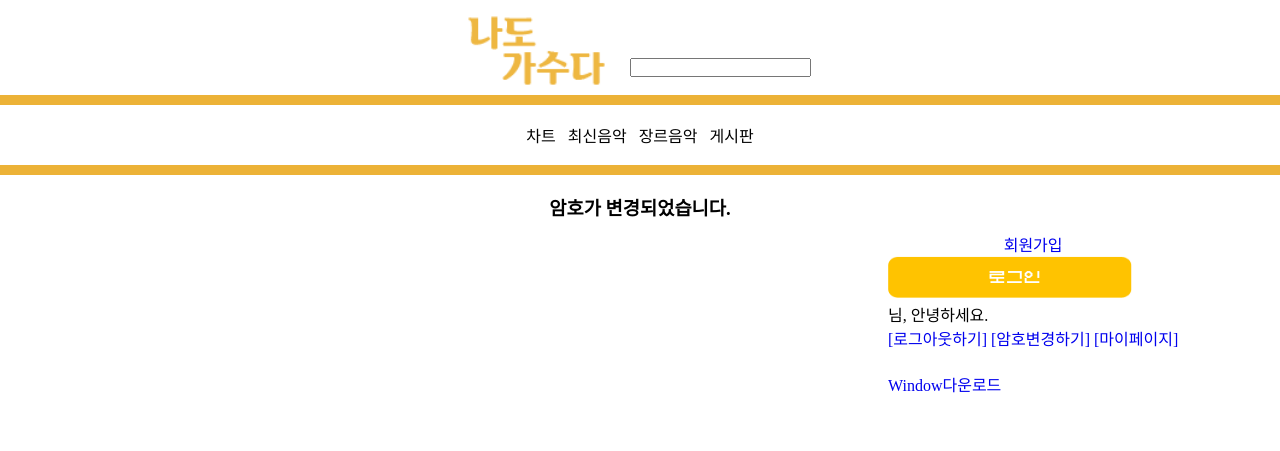
Repository: Ea-Bell/GraduationPortfolio
Page: http://localhost/WebTest/webTest/View/login/changePwdSuccess.jsp
An editor plug-in stored every save of this project. The page is shown before and after the next save, followed by the edit.
The browser window is 1280 px wide. The pictures show the whole page.
The page is served by Tomcat 9. Nobody is signed in. The application's start-up code is not run. Other server files are loaded and not shown.

Above is the page before, as saved 2020-09-16 10:10:03.

### WEB_Server/WebTest/WebContent/webTest/View/login/changePwdSuccess.jsp
<%@ page language="java" contentType="text/html; charset=UTF-8"
	pageEncoding="UTF-8"%>
<!DOCTYPE html>
<html>
<head>
<link rel="stylesheet" type="text/css"
	href="/webTest/Model/mainForm/mainForm.css" />
<script type="text/javascript" src="/webTest/Model/mainForm/mainForm.js"></script>

<meta charset="UTF-8">
<title>비밀번호 변경완료</title>
</head>
<body>

<header>
	<div align="center">

		<form action="mainForm.jsp" method="post">
			<!-- 헤더 -->

				<a href="/index" style="background: white;">
					 <img src="/webTest/img/logo.png"
					 style="position: relative; top: 15px; left: 0px; width: 140px; width:140px"></a>
					  <input type="text" onclick=""
					style="position: relative; left: 20px;">
				&nbsp;&nbsp;&nbsp;&nbsp;&nbsp; <br>
				<br>

				<hr id="head_line" size="10px" color="#ECB237">

				<br> <a href="" onmouseover="TextMover()"
					onmouseout="TextMount()" id="nav" style="color: black;">차트</a>
				&nbsp; <a href="/webTest/View/fileUpLoad/fileList.jsp" onmouseover="TextMover2()"
					onmouseout="TextMount2()" id="nav2" style="color: black;">최신음악</a>
				&nbsp; <a href="" onmouseover="TextMover3()"
					onmouseout="TextMount3()" id="nav3" style="color: black;">장르음악</a>
						&nbsp; <a href="/webTest/article/list.jsp"  id="nav3" style="color: black;">게시판</a>
				<br>
				<br>
		</form>



	</div>
</header>
		<hr id="head_line" size="10px" color="#ECB237">
		<br>
	<!-- 콘텐츠 -->
<div align="center">
<h3>암호가 변경되었습니다.</h3>
	</div>


	<div style="padding:10px; width: 30%; float: right;">
		<aside id="main_aside">

			<table border="0">
				<tr>
					<td><c:if test="${empty authUser }">
							<div align="center"><a href=""></a> <a href="/webTest/login/signUp.jsp">회원가입</a></div>
							<a href="/webTest/login/login.jsp" ><img alt="" src="/webTest/img/login/login.png" style="height: 42px; width: 244px;"></a>
							<br>

						</c:if> <c:if test="${!empty authUser}">
				${authUser.nickname}님, 안녕하세요.<br />
							<a href="/LogoutHandler">[로그아웃하기]</a>
							<a href="changePwdForm.jsp">[암호변경하기]</a>
									<a href="/webTest/list/newMusicForm.jsp">[마이페이지]</a>
						</c:if></td>
				</tr>
			</table>

			<br>
			<table border="0">
				<tr>

					<td>
				<a href="/webTest/나는가수다.msi" download=>Window다운로드</a>
					</td>

				</tr>
			</table>

		</aside>
		</div>



	<!-- 바텀 -->
	<div align="center">



	</div>

</body>
</html>

### WEB_Server/WebTest/WebContent/webTest/Model/mainForm/mainForm.css
@charset "UTF-8";
body{
	position: relative;
}

*{ margin:0; padding :0;}

img{border: 0; width:16px ; height: 16 px;}


#content{
	/* 중앙 정렬*/
	width: 960px;

	/* 수평 레이아웃 구성 */
	overflow: hidden;
}
#content > #main_section
{
	width: 650px;
	float: left;			/* 왼쪽에 붙입니다*/
}

#content > #main_aside{
	height:30%;
	width : 25%;
	float: right;           /*오른쪽에 붙입니다.*/
	margin-bottom: 20px;
	padding: 10px;

	color: #ff8000;


}



#content > #main_bside{

	width : 30%;
	height:0%;
	float: left;           /*왼쪽에 붙입니다.*/
	margin-bottom: 20px;
	padding: 10px;


}
#content > #main_cside{
	width :70%;
	height: 0%;
	float: none;           /*가운데에 붙입니다.*/
	margin-bottom: 20px;
	padding: 10px;
	border: 1px solid #e4e4e4;
	color: #ff8000;
	background-color:ff8000;
}

#textcolor{
	border: 1px solid #e4e4e4;
	color: #ff8000;
	background-color:ff8000;
}

#hr
{

}
#nav
{
	 font-family: ""
}
#winFont{
	font-family: "돋음";
	color: #1A1A1A;
}
a {
  text-decoration: none;
}

### WEB_Server/WebTest/WebContent/webTest/Model/mainForm/mainForm.js
/**
 *
 */

//문자나 이미지가 밖으로 나갔을경우
function TextMover() {
	var dama = document.getElementById('nav');
	dama.style.color="Red";
}
function ImgMover() {

}
function TextMover2() {
	var dama = document.getElementById('nav2');
	dama.style.color="Red";
}
function TextMover3() {
	var dama = document.getElementById('nav3');
	dama.style.color="Red";
}
//문자나 이미지가 밖으로 갔을경우
function TextMount() {
	var dama = document.getElementById('nav');
	dama.style.color="Black";
}
function TextMount2() {
	var dama = document.getElementById('nav2');
	dama.style.color="Black";
}
function TextMount3() {
	var dama = document.getElementById('nav3');
	dama.style.color="Black";
}
function ImgMount() {

}

After the next save:
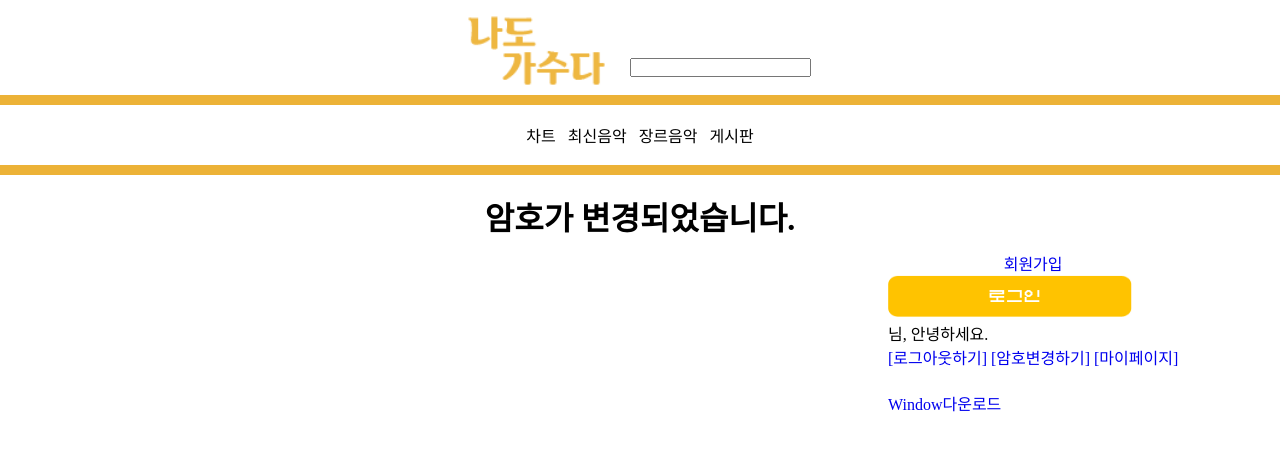
Saved 13 s later.
--- a/WEB_Server/WebTest/WebContent/webTest/View/login/changePwdSuccess.jsp
+++ b/WEB_Server/WebTest/WebContent/webTest/View/login/changePwdSuccess.jsp
@@ -47,7 +47,7 @@
 		<br>
 	<!-- 콘텐츠 -->
 <div align="center">
-<h3>암호가 변경되었습니다.</h3>
+<h1>암호가 변경되었습니다.</h1>
 	</div>
 
 
